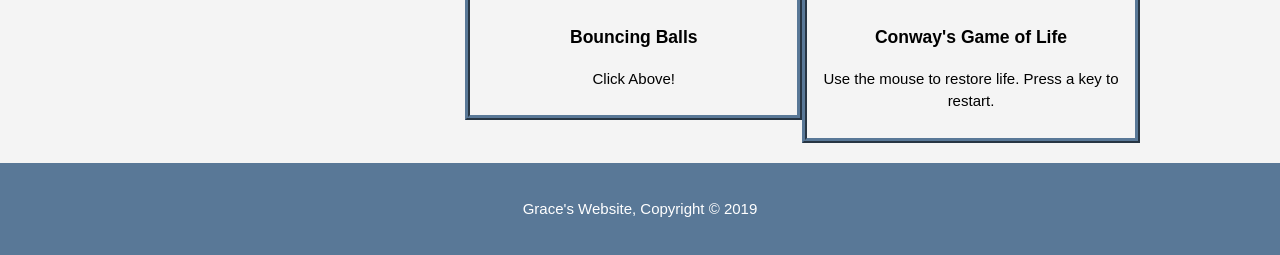
Repository: Grace01-20/Grace01-20.github.io
Page: portfolio.html
The author's editor kept a record of every edit. The page is drawn from the files as they stood at one moment, then again after the next edit.
The browser window is 1280 px wide. The pictures show the part of the page from y = 1246 to 1757 px (the page is 1501 px tall before and 1757 px after).

Above is the page before.

### portfolio.html
<!DOCTYPE html>
<html>
    <head>
        <meta charset="utf-8">
        <meta name="viewport" content="width=device-width">
        <meta name="description" content="Grace's website">
        <meta name="keywords" content="CodeHS, Grace, Surber, Grace Surber">
        <meta name="author" content="Grace Surber">
        <title>Grace's Website | Portfolio</title>
        <link rel="stylesheet" type="text/css" href="style.css">
        <link rel="icon" type="image/png" href="https://encrypted-tbn0.gstatic.com/images?q=tbn:ANd9GcT76__-_aNPBK8T6nzkkAw3md8p08b6syMAG0rksTzMS0Iw3ztwlA&s">
    </head>
    <body>
        <header>
            <div class="container">
                <div id="branding">
                    <h1><span class="highlight">Grace's</span> Website</h1>
                </div>
                <nav>
                    <ul>
                        <! This is different for this page because it shows where the user is currently located >
                        <li><a href="index.html">Home</a></li>
                        <li class="current"><a href="portfolio.html">Portfolio</a></li>
                        <li><a href="about.html">About</a></li>
                    </ul>
                </nav>
            </div>
        </header>

        <! This is a Newsletter >
        <section id="newsletter">
            <div class="container">
                <h1>Subscribe To Our Newsletter</h1>
                <form action="">
                    <input type="email" placeholder="Enter email...">
                    <button type="submit" class="button_1">Subscribe</button>
                </form>
            </div>
        </section>

        <! This is the section where I could later add projects>
        <section id="main">
            <div class="container">
                <article id="main-col">
                    <h1 class="page-title">Processing Project</h1>
                </article>
            </div>
        </section>



        <section id="boxes_port">
            <div class="container">
                <div class="box_port">
                    <iframe src="https://editor.p5js.org/gracesur.61598/embed/pdelFl6Wx" height = "400 px" width = "400 px"></iframe>
                    <h3>Snake Game!!</h3>
                    <p>Click Above, then use the arrow keys to control the snake.</p>
                </div>
                <div class="box_port">
                    <a href="flappyBird.html"><img src="./img/surberStartScreen.png"></a>
                    <h3>Flappy Chip</h3>
                    <p>Use mouse to make Flappy Chip fly.</p>

                </div>
                <div class="box_port">
                    <iframe src="https://editor.p5js.org/gracesur.61598/embed/UsdpJCuZc" height = "400 px" width = "400 px"></iframe>
                    <h3>Clock</h3>
                    <p>Elapsed time.</p>
                </div>
                <!"https://editor.p5js.org/gracesur.61598/embed/UsdpJCuZc" height = "400 px" width = "400 px" >
                <div class="box_port">
                    <iframe src="https://editor.p5js.org/gracesur.61598/embed/gDYF0X7Af" height = "400 px" width = "400 px"></iframe>
                    <h3>Bouncing Balls</h3>
                    <p>Click Above!</p>
                </div>
                <div class="box_port">
                    <iframe src="https://editor.p5js.org/gracesur.61598/embed/S6Fe7MBe" height = "400 px" width = "400 px"></iframe>
                    <h3>Conway's Game of Life</h3>
                    <p>Use the mouse to restore life. Press a key to restart.</p>
                </div>
            </div>
        </section>

        <footer>
            <p>Grace's Website, Copyright &copy; 2019</p>
        </footer>
    </body>
</html>

### style.css
body{
    font-family:arial, Helvetica, sans-serif;
    font-size:15px;
    line-height:1.5;
    padding:0;
    margin:0;
    background-color:#f4f4f4;
}

/* Global*/
.container{
    width:80%;
    margin:auto;
    overflow:hidden;
}

.button_1{
    height:38px;
    background:#F8D145;
    border:0;
    padding-left:20px;
    padding-right:20px;
    color:#ffffff;
}

.dark{
    padding:15px;
    background:#597897;
    color:#ffffff;
    margin-top:10px;
    margin-bottom:10px;
}

/* Header*/
header{
    background-color:#597897;
    color:#ffffff;
    padding-top:30px;
    min-height:70px;
    border-bottom:#F8D145 5px solid;
}

header a{
    color:#ffffff;
    text-decoration:none;
    text-transform:uppercase;
    font-size:16px;
}

header ul{
    padding:0;
    margin:0;
}

header li{
    float:left;
    display:inline;
    padding: 0 20px 0 20px;
    /* top right bottom left*/
}

header #branding{
    float:left;
}

header #branding h1{
    margin:0;
}

header nav{
    float:right;
    margin-top:10px;
}

header .highlight, header .current a{
    color:#F8D145;
    font-weight:bold;
}

header a:hover{
    color:#f4f4f4;
    font-weight:bold;
}

/*Showcase*/
#showcase{
    min-height:400px;
    background:url(https://www.wallpaperflare.com/static/464/667/801/earth-sunset-4k-sun-wallpaper.jpg); no repeat 1 -400px;
    background-repeat:no-repeat;
    background-position:40% 40%;
    text-align:center;
    color:#ffffff;
}


/* https://ak9.picdn.net/shutterstock/videos/10661249/thumb/1.jpg */

#showcase h1{
    margin-top:100px;
    font-size:55px;
    margin-bottom:10px;
    text-shadow:-4px 4px gray;
    text-shadow:
		-1px -1px 0 gray,
		1px -1px 0 gray,
		-1px 1px 0 gray,
		1px 1px 0 gray;
}


#showcase p{
    font-size:20px;
    color:gray;
    text-shadow:-1px 1px white;
}

/* Newsletter */
#newsletter{
    padding:15px;
    color:#ffffff;
    background:#597897;
}

#newsletter h1{
    float:left;
}

#newsletter form{
    float:right;
    margin-top:15px;
}

#newsletter input[type="email"]{
    padding:4px;
    height:25px;
    width:250px;
}

/* Boxes */
#boxes{
    margin-top:20px;

}

#boxes .box{
    float:left;
    text-align:center;
    width:400px;
    padding:10px;
}

#boxes .box img{
    width:400px;
}

#boxes .box a{
    color:#597897;
    text-decoration:none;
    text-transform:uppercase;
    font-size:16px;
}

#boxes .box a:hover{
    color:#F8D145;
    font-weight:bold;
}

/* Boxes_port */
#boxes_port{
    margin-top:20px;

}

#boxes_port .box_port{
    float:left;
    text-align:center;
    width:30%;
    padding:10px;
    border-width: thick;
    border-style: ridge;
    border-color: #597897;
}


#boxes_port .box_port img{
    width:180px;
}

#boxes_port .box_port a{
    color:#597897;
    text-decoration:none;
    text-transform:uppercase;
    font-size:16px;
}

#boxes_port .box_port a:hover{
    color:#F8D145;
    font-weight:bold;
}


/* Sidebar */
aside#sidebar{
    float:right;
    width:30%;
    margin-top:10px;

}

/* Main-col */
article#main-col{
    float:left;
    width:65%;
}

footer{
    padding:20px;
    margin-top:20px;
    color:#ffffff;
    background:#597897;
    text-align:center;
}

After the next edit:
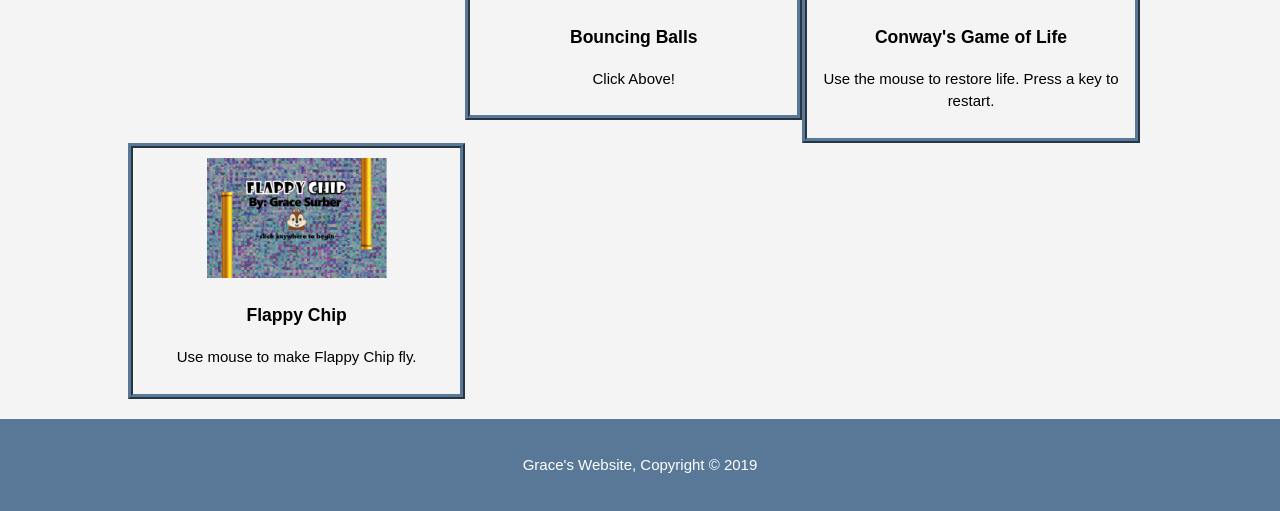
The edit:
--- a/portfolio.html
+++ b/portfolio.html
@@ -78,6 +78,12 @@
                     <h3>Conway's Game of Life</h3>
                     <p>Use the mouse to restore life. Press a key to restart.</p>
                 </div>
+                <div class="box_port">
+                    <a href="flappyBird.html"><img src="./img/surberStartScreen.png"></a>
+                    <h3>Flappy Chip</h3>
+                    <p>Use mouse to make Flappy Chip fly.</p>
+
+                </div>
             </div>
         </section>
 
